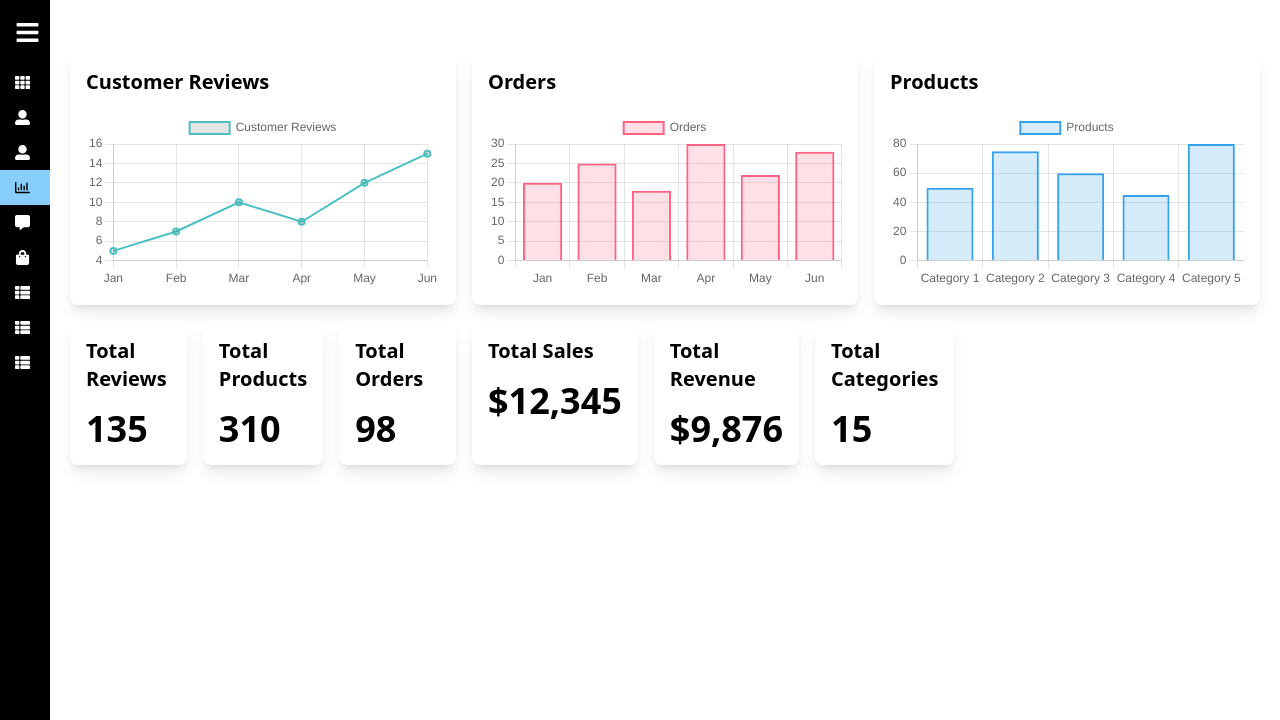
Repository: AndargWorku12/admin-dashboard
Page: /analytics
The author's editor kept a copy of each file at every save. The page is drawn from the files as they stood at one save, then again after the next save.
The browser window is 1280 px wide. The pictures show the whole page.
The project was rebuilt for these pictures with package versions that can differ from the ones it lists, and the page was loaded fresh each time. Also part of the build but not shown: src/pages/Dashboard.tsx, src/pages/Orders.tsx, src/pages/Category.tsx, src/pages/Login.tsx, src/pages/CustemerReview.tsx, src/pages/ProductList.tsx, src/pages/ShopCard.tsx, src/pages/SignUpForm.tsx and 1 more.

Above is the page before, as saved 2024-01-29 05:16:05.

After the next save:
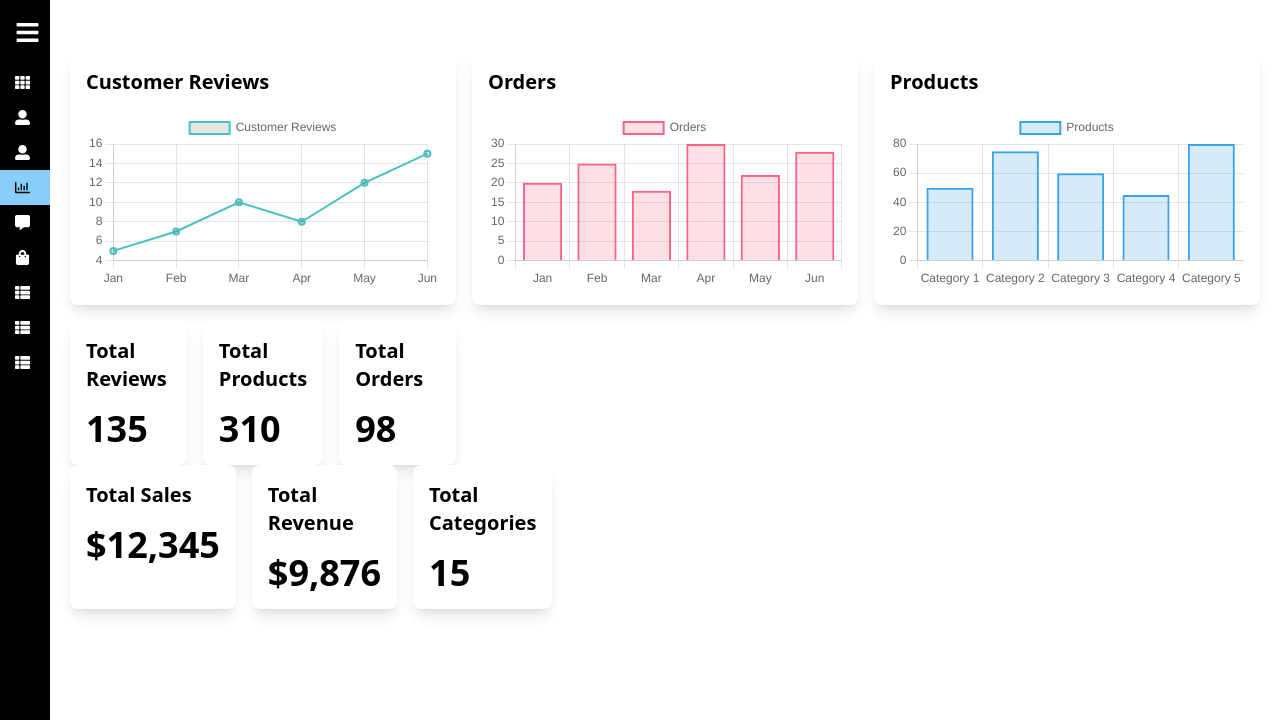
Saved 2 min 19 s later.
--- a/src/pages/Analytics.tsx
+++ b/src/pages/Analytics.tsx
@@ -67,6 +67,7 @@
         </div>
 
         {/* Total Metrics Cards */}
+        <div className="block">
         <div className="col-span-3 md:col-span-2 lg:col-span-1 flex justify-between">
           <div className="bg-white p-4 rounded-lg shadow-lg flex-1 mr-4">
             <h2 className="text-xl font-bold mb-4">Total Reviews</h2>
@@ -98,7 +99,9 @@
           <div className="bg-white p-4 rounded-lg shadow-lg flex-1">
             <h2 className="text-xl font-bold mb-4">Total Categories</h2>
             <p className="text-4xl font-bold">15</p>
+
           </div>
+        </div>
         </div>
       </div>
     </div>

After the save that followed:
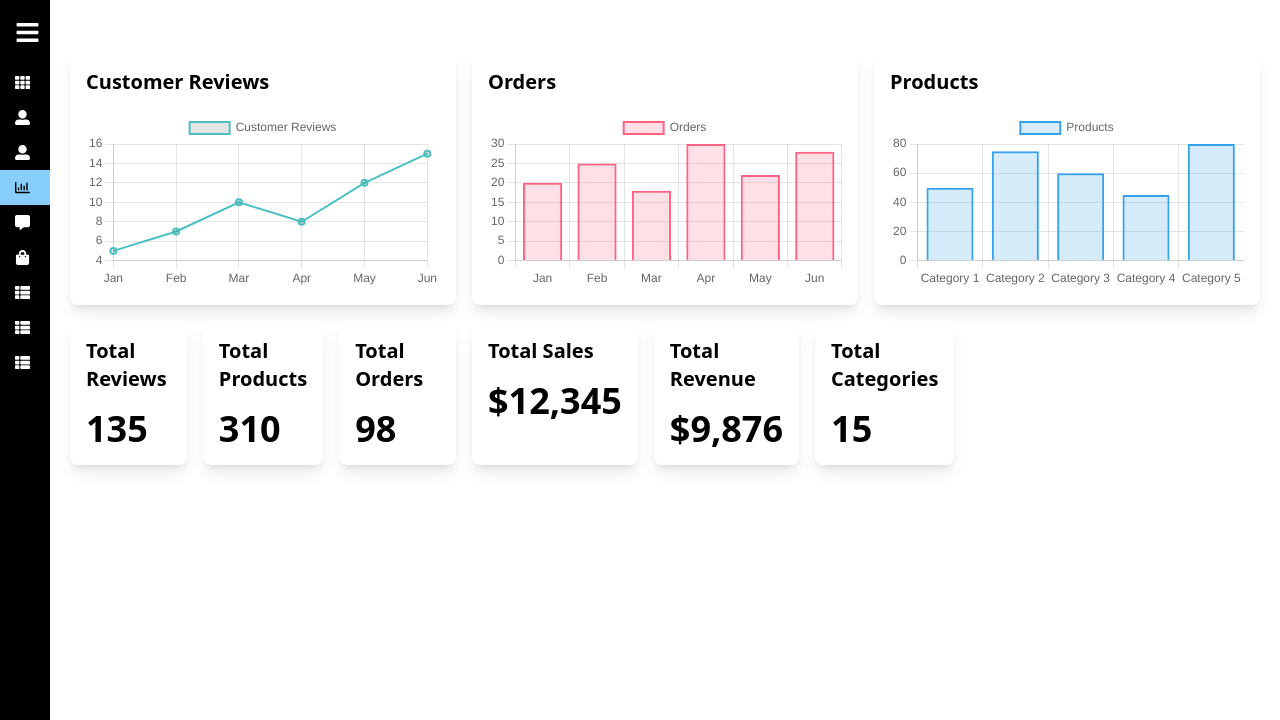
Saved 40 s later.
--- a/src/pages/Analytics.tsx
+++ b/src/pages/Analytics.tsx
@@ -67,7 +67,6 @@
         </div>
 
         {/* Total Metrics Cards */}
-        <div className="block">
         <div className="col-span-3 md:col-span-2 lg:col-span-1 flex justify-between">
           <div className="bg-white p-4 rounded-lg shadow-lg flex-1 mr-4">
             <h2 className="text-xl font-bold mb-4">Total Reviews</h2>
@@ -99,9 +98,7 @@
           <div className="bg-white p-4 rounded-lg shadow-lg flex-1">
             <h2 className="text-xl font-bold mb-4">Total Categories</h2>
             <p className="text-4xl font-bold">15</p>
-
           </div>
-        </div>
         </div>
       </div>
     </div>
